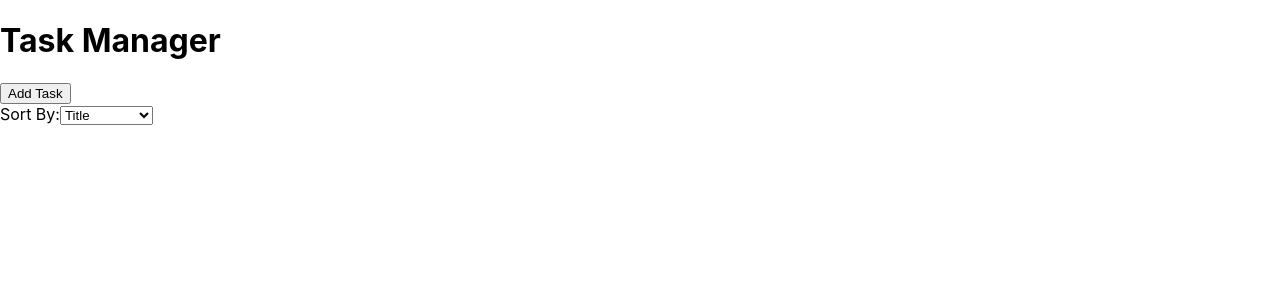
Repository: n-shen/task-tracker
Page: / (app in frontend/)
These files come from the project's save history. The page is drawn as it stood at one moment and after the next save; the edit follows.
The browser window is 1280 px wide. The pictures show the whole page.
The project was rebuilt for these pictures with package versions that can differ from the ones it lists, and the page was loaded fresh each time. Also part of the build but not shown: frontend/src/components/taskManager/addTask.jsx, frontend/src/components/tasks/editTasks.jsx, frontend/src/components/tasks/deleteTasks.jsx, frontend/src/components/tasks/task.jsx, frontend/src/components/taskManager/viewTasks.jsx.

Above is the page before, as saved 2023-04-19 19:32:03.

After the next save:
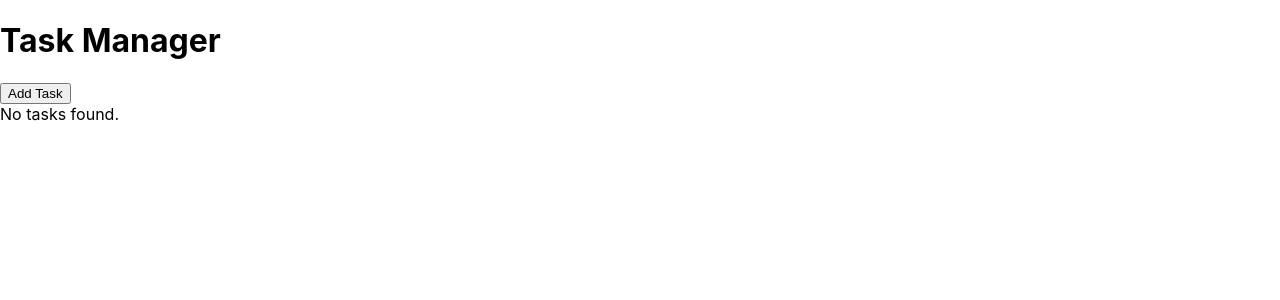
Saved 25 s later.
--- a/frontend/src/components/taskManager/manager.jsx
+++ b/frontend/src/components/taskManager/manager.jsx
@@ -65,11 +65,6 @@
       </div>
       <div>
         <TaskList
-          tasks={tasks}
-          onEditTask={setSelectedTask}
-          onDeleteTask={setSelectedTask}
-          toggleEditTask={toggleEditTask}
-          toggleDeleteTask={toggleDeleteTask}
         />
       </div>
       {/* <div>

After the save that followed:
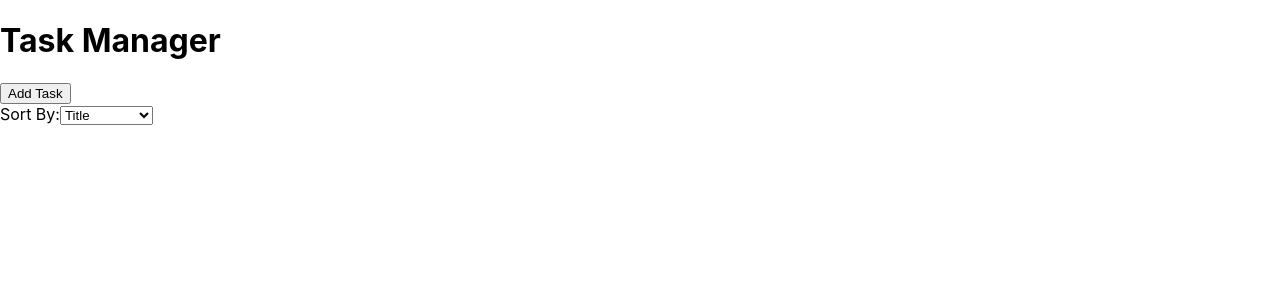
Saved 14 s later.
--- a/frontend/src/components/taskManager/manager.jsx
+++ b/frontend/src/components/taskManager/manager.jsx
@@ -65,6 +65,9 @@
       </div>
       <div>
         <TaskList
+          tasks={tasks}
+          onEditTask={handleEditClick}
+          onDeleteTask={handleDeleteClick}
         />
       </div>
       {/* <div>
